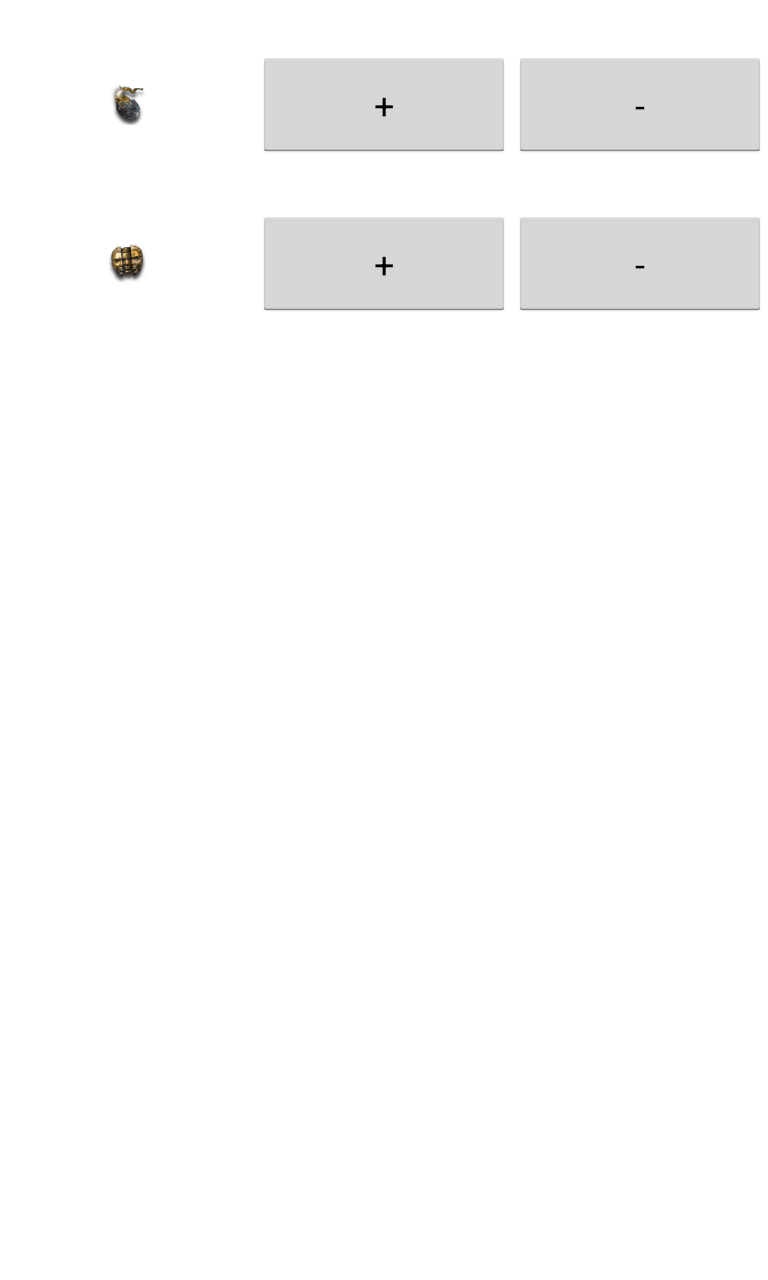
Repository: erictoddhagen/StartingAndriod
Layout: MyFirstApp/OrbTradeTracker/res/layout/activity_main.xml
An editor plug-in stored every save of this project. The layout is shown before and after the next save, followed by the edit.
It is drawn on a 768 x 1280 px phone screen (xhdpi) without system bars, with theme AppTheme; the app's code is not run.

Above is the layout before, as saved 2013-02-03 19:56:51.

### MyFirstApp/OrbTradeTracker/res/layout/activity_main.xml
<?xml version="1.0" encoding="utf-8"?>
<!-- Parent linear layout with vertical orientation -->
<LinearLayout
  xmlns:android="http://schemas.android.com/apk/res/android"
  android:orientation="vertical"
  android:layout_width="match_parent"
  android:layout_height="match_parent">

 <LinearLayout android:layout_width="fill_parent"
                      android:layout_height="wrap_content"
              android:orientation="horizontal"
              android:layout_marginTop="25dip">
      <ImageView
        android:id="@+id/imageAlch"
        android:layout_width="fill_parent"
        android:layout_height="fill_parent"
        android:padding="15dip" android:layout_weight="1" android:gravity="center"
        android:src="@drawable/alchemy" />


    <Button
        android:id="@+id/alchButtonAdd"
        android:layout_width="fill_parent"
        android:layout_height="wrap_content"
        android:padding="15dip"
        android:layout_weight="1"
        android:gravity="center"
        android:text="+" />

    <Button
        android:id="@+id/alchButtonSub"
        android:layout_width="fill_parent"
        android:layout_height="wrap_content"
        android:padding="15dip"
        android:layout_weight="1"
        android:gravity="center"
        android:text="-" />
</LinearLayout>


  <LinearLayout android:layout_width="fill_parent"
                      android:layout_height="wrap_content"
              android:orientation="horizontal"
              android:layout_marginTop="25dip">
      <ImageView
        android:id="@+id/imageVChaos"
        android:layout_width="fill_parent"
        android:layout_height="fill_parent"
        android:padding="15dip" android:layout_weight="1" android:gravity="center"
        android:src="@drawable/chaos" />


    <Button
        android:id="@+id/chaosButtonAdd"
        android:layout_width="fill_parent"
        android:layout_height="wrap_content"
        android:padding="15dip"
        android:layout_weight="1"
        android:gravity="center"
        android:text="+" />

    <Button
        android:id="@+id/chaosButtonSub"
        android:layout_width="fill_parent"
        android:layout_height="wrap_content"
        android:padding="15dip"
        android:layout_weight="1"
        android:gravity="center"
        android:text="-" />
</LinearLayout>



</LinearLayout>

Loaded but not shown: MyFirstApp/OrbTradeTracker/res/values/styles.xml (common file); MyFirstApp/OrbTradeTracker/res/values-v11/styles.xml (common file); MyFirstApp/OrbTradeTracker/res/values-v14/styles.xml (common file)

After the next save:
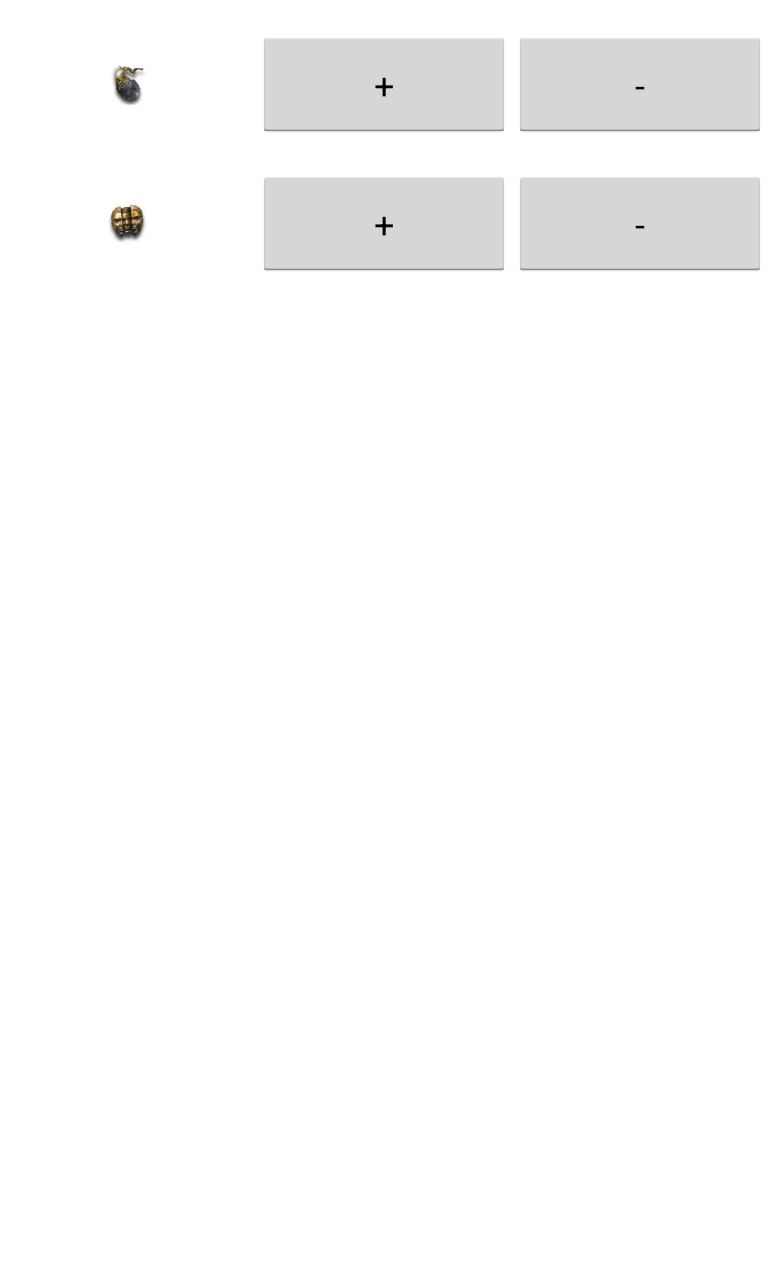
Saved 16 s later.
--- a/MyFirstApp/OrbTradeTracker/res/layout/activity_main.xml
+++ b/MyFirstApp/OrbTradeTracker/res/layout/activity_main.xml
@@ -9,7 +9,7 @@
  <LinearLayout android:layout_width="fill_parent"
                       android:layout_height="wrap_content"
               android:orientation="horizontal"
-              android:layout_marginTop="25dip">
+              android:layout_marginTop="15dip">
       <ImageView
         android:id="@+id/imageAlch"
         android:layout_width="fill_parent"
@@ -41,7 +41,7 @@
   <LinearLayout android:layout_width="fill_parent"
                       android:layout_height="wrap_content"
               android:orientation="horizontal"
-              android:layout_marginTop="25dip">
+              android:layout_marginTop="15dip">
       <ImageView
         android:id="@+id/imageVChaos"
         android:layout_width="fill_parent"
